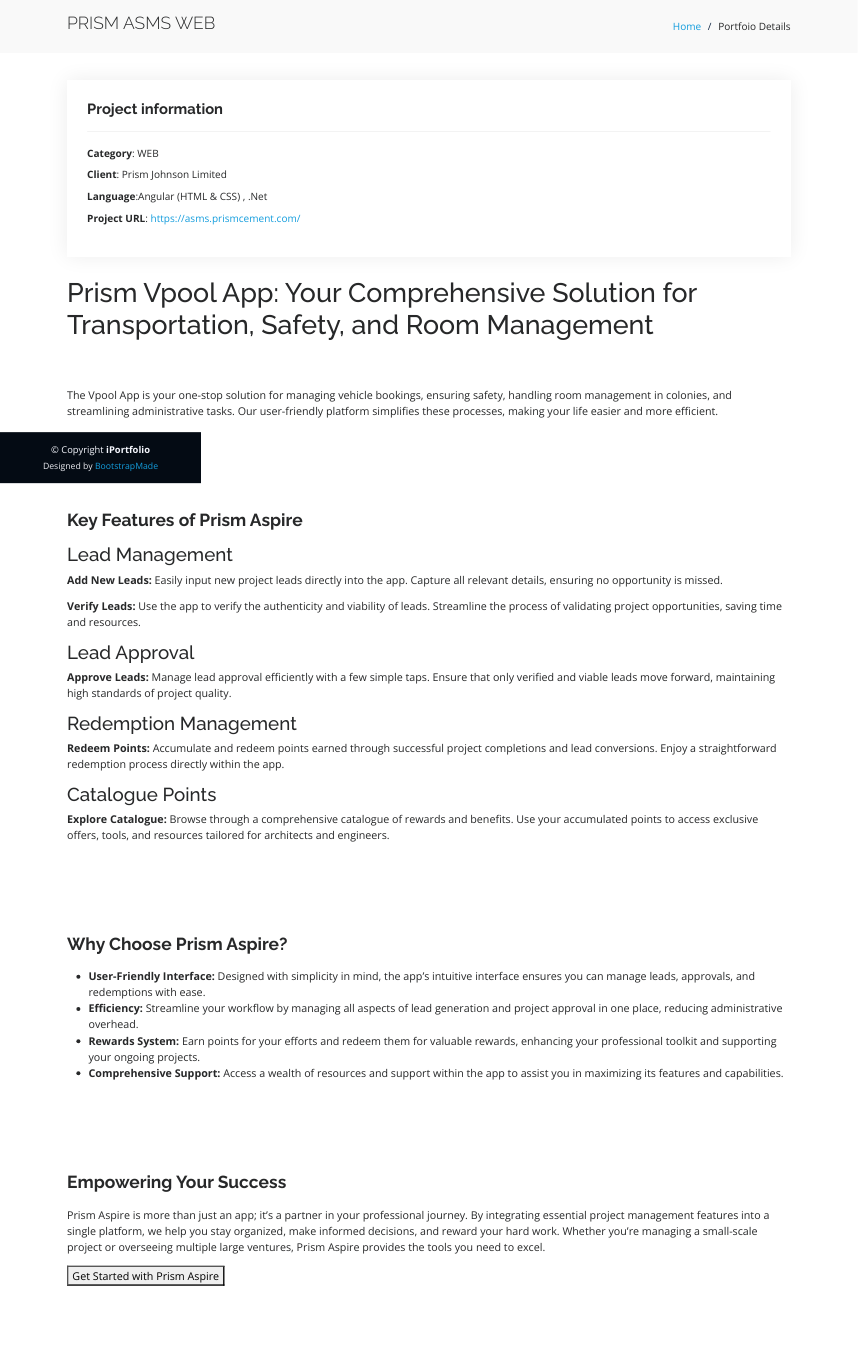
Repository: ajeettiwari-2809/iPortfolio
Page: asms.html
The author's editor kept a copy of each file at every save. The page is drawn from the files as they stood at one save, then again after the next save.
The browser window is 1280 px wide. The pictures show the whole page, at 67% of full size.

Above is the page before, as saved 2024-06-05 14:36:03.

### asms.html
<!DOCTYPE html>
<html lang="en">

<head>
  <meta charset="utf-8">
  <meta content="width=device-width, initial-scale=1.0" name="viewport">

  <title>Prism ASMS APP </title>


  <!-- Favicons -->

  <!-- Google Fonts -->
  <link href="https://fonts.googleapis.com/css?family=Open+Sans:300,300i,400,400i,600,600i,700,700i|Raleway:300,300i,400,400i,500,500i,600,600i,700,700i|Poppins:300,300i,400,400i,500,500i,600,600i,700,700i" rel="stylesheet">

  <!-- Vendor CSS Files -->
  <link href="assets/vendor/aos/aos.css" rel="stylesheet">
  <link href="assets/vendor/bootstrap/css/bootstrap.min.css" rel="stylesheet">
  <link href="assets/vendor/bootstrap-icons/bootstrap-icons.css" rel="stylesheet">
  <link href="assets/vendor/boxicons/css/boxicons.min.css" rel="stylesheet">
  <link href="assets/vendor/glightbox/css/glightbox.min.css" rel="stylesheet">
  <link href="assets/vendor/swiper/swiper-bundle.min.css" rel="stylesheet">

  <!-- Template Main CSS File -->
  <link href="assets/css/style.css" rel="stylesheet">

  <!-- =======================================================
  * Template Name: iPortfolio
  * Template URL: https://bootstrapmade.com/iportfolio-bootstrap-portfolio-websites-template/
  * Updated: Mar 17 2024 with Bootstrap v5.3.3
  * Author: BootstrapMade.com
  * License: https://bootstrapmade.com/license/
  ======================================================== -->
</head>

<body>

  <!-- ======= Mobile nav toggle button ======= -->
  <!-- <i class="bi bi-list mobile-nav-toggle d-xl-none"></i> -->

  <!-- ======= Header ======= -->



    <!-- ======= Breadcrumbs ======= -->
    <section id="breadcrumbs" class="breadcrumbs">
      <div class="container">

        <div class="d-flex justify-content-between align-items-center">
          <h2>PRISM ASMS WEB</h2>
          <ol>
            <li><a href="index.html">Home</a></li>
            <li>Portfoio Details</li>
          </ol>
        </div>

      </div>
    </section><!-- End Breadcrumbs -->

    <!-- ======= Portfolio Details Section ======= -->
    <!-- <section id="portfolio-details" class="portfolio-details">
      <div class="container">

        <div class="row gy-4">

          <div class="col-lg-8">
            <div class="portfolio-details-slider swiper">
              <div class="swiper-wrapper align-items-center">

                <div class="swiper-slide">
                  <img src="assets/img/portfolio/portfolio-details-1.jpg" alt="">
                </div>

                <div class="swiper-slide">
                  <img src="assets/img/portfolio/portfolio-details-2.jpg" alt="">
                </div>

                <div class="swiper-slide">
                  <img src="assets/img/portfolio/portfolio-details-3.jpg" alt="">
                </div>

              </div>
              <div class="swiper-pagination"></div>
            </div>
          </div>

          <div class="col-lg-4">
            <div class="portfolio-info">
              <h3>Project information</h3>
              <ul>
                <li><strong>Category</strong>: Android </li>
                <li><strong>Client</strong>: Prism Johnson Limited</li>

                <li><strong>Project URL</strong>: <a href="https://play.google.com/store/search?q=prism%20aspire&c=apps&hl=en-IN">https://play.google.com/store/search?q=prism%20aspire&c=apps&hl=en-IN</a></li>
              </ul>
            </div>
            <div class="portfolio-description">
              <header>
                <h1>Prism Aspire App: Empowering Architect and Engineering Excellence</h1>
            </header>

            <section class="intro">
                <p>At Prism Johnson Limited, we understand the unique challenges faced by architects and engineers in managing projects efficiently. That’s why we’ve developed the <strong>Prism Aspire App</strong>, a comprehensive solution designed to enhance your workflow and ensure seamless project management. With a focus on user-friendly functionality, Prism Aspire offers a range of features tailored to meet the specific needs of the architectural and engineering community.</p>
            </section>

            <section class="features">
                <h2>Key Features of Prism Aspire</h2>
                <div class="feature-card">
                    <h3>Lead Management</h3>
                    <p><strong>Add New Leads:</strong> Easily input new project leads directly into the app. Capture all relevant details, ensuring no opportunity is missed.</p>
                    <p><strong>Verify Leads:</strong> Use the app to verify the authenticity and viability of leads. Streamline the process of validating project opportunities, saving time and resources.</p>
                </div>

                <div class="feature-card">
                    <h3>Lead Approval</h3>
                    <p><strong>Approve Leads:</strong> Manage lead approval efficiently with a few simple taps. Ensure that only verified and viable leads move forward, maintaining high standards of project quality.</p>
                </div>

                <div class="feature-card">
                    <h3>Redemption Management</h3>
                    <p><strong>Redeem Points:</strong> Accumulate and redeem points earned through successful project completions and lead conversions. Enjoy a straightforward redemption process directly within the app.</p>
                </div>

                <div class="feature-card">
                    <h3>Catalogue Points</h3>
                    <p><strong>Explore Catalogue:</strong> Browse through a comprehensive catalogue of rewards and benefits. Use your accumulated points to access exclusive offers, tools, and resources tailored for architects and engineers.</p>
                </div>
            </section>

            <section class="benefits">
                <h2>Why Choose Prism Aspire?</h2>
                <ul>
                    <li><strong>User-Friendly Interface:</strong> Designed with simplicity in mind, the app’s intuitive interface ensures you can manage leads, approvals, and redemptions with ease.</li>
                    <li><strong>Efficiency:</strong> Streamline your workflow by managing all aspects of lead generation and project approval in one place, reducing administrative overhead.</li>
                    <li><strong>Rewards System:</strong> Earn points for your efforts and redeem them for valuable rewards, enhancing your professional toolkit and supporting your ongoing projects.</li>
                    <li><strong>Comprehensive Support:</strong> Access a wealth of resources and support within the app to assist you in maximizing its features and capabilities.</li>
                </ul>
            </section>

            <section class="call-to-action">
                <h2>Empowering Your Success</h2>
                <p>Prism Aspire is more than just an app; it’s a partner in your professional journey. By integrating essential project management features into a single platform, we help you stay organized, make informed decisions, and reward your hard work. Whether you’re managing a small-scale project or overseeing multiple large ventures, Prism Aspire provides the tools you need to excel.</p>
                <button class="download-btn">Get Started with Prism Aspire</button>
            </section>

              </p>
            </div>
          </div>

        </div>

      </div>
    </section>End Portfolio Details Section -->

    <section id="portfolio-details" class="portfolio-details">
      <div class="container">


        <div class="portfolio-info">
          <h3>Project information</h3>
          <ul>
            <li><strong>Category</strong>: WEB </li>
            <li><strong>Client</strong>: Prism Johnson Limited</li>
            <li><strong>Language</strong>:Angular  (HTML & CSS) , .Net  </li>
            <li><strong>Project URL</strong>: <a href="https://asms.prismcement.com/">https://asms.prismcement.com/</a></li>
          </ul>
        </div>

        <div class="portfolio-description">
          <header>
            <h1>Prism Vpool App: Your Comprehensive Solution for Transportation, Safety, and Room Management</h1>
          </header>

          <section class="intro">
            <p>The Vpool App is your one-stop solution for managing vehicle bookings, ensuring safety, handling room management in colonies, and streamlining administrative tasks. Our user-friendly platform simplifies these processes, making your life easier and more efficient.</p>
          </section>

          <section class="features">
            <h2>Key Features of Prism Aspire</h2>
            <div class="feature-card">
              <h3>Lead Management</h3>
              <p><strong>Add New Leads:</strong> Easily input new project leads directly into the app. Capture all relevant details, ensuring no opportunity is missed.</p>
              <p><strong>Verify Leads:</strong> Use the app to verify the authenticity and viability of leads. Streamline the process of validating project opportunities, saving time and resources.</p>
            </div>

            <div class="feature-card">
              <h3>Lead Approval</h3>
              <p><strong>Approve Leads:</strong> Manage lead approval efficiently with a few simple taps. Ensure that only verified and viable leads move forward, maintaining high standards of project quality.</p>
            </div>

            <div class="feature-card">
              <h3>Redemption Management</h3>
              <p><strong>Redeem Points:</strong> Accumulate and redeem points earned through successful project completions and lead conversions. Enjoy a straightforward redemption process directly within the app.</p>
            </div>

            <div class="feature-card">
              <h3>Catalogue Points</h3>
              <p><strong>Explore Catalogue:</strong> Browse through a comprehensive catalogue of rewards and benefits. Use your accumulated points to access exclusive offers, tools, and resources tailored for architects and engineers.</p>
            </div>
          </section>

          <section class="benefits">
            <h2>Why Choose Prism Aspire?</h2>
            <ul>
              <li><strong>User-Friendly Interface:</strong> Designed with simplicity in mind, the app’s intuitive interface ensures you can manage leads, approvals, and redemptions with ease.</li>
              <li><strong>Efficiency:</strong> Streamline your workflow by managing all aspects of lead generation and project approval in one place, reducing administrative overhead.</li>
              <li><strong>Rewards System:</strong> Earn points for your efforts and redeem them for valuable rewards, enhancing your professional toolkit and supporting your ongoing projects.</li>
              <li><strong>Comprehensive Support:</strong> Access a wealth of resources and support within the app to assist you in maximizing its features and capabilities.</li>
            </ul>
          </section>

          <section class="call-to-action">
            <h2>Empowering Your Success</h2>
            <p>Prism Aspire is more than just an app; it’s a partner in your professional journey. By integrating essential project management features into a single platform, we help you stay organized, make informed decisions, and reward your hard work. Whether you’re managing a small-scale project or overseeing multiple large ventures, Prism Aspire provides the tools you need to excel.</p>
            <button class="download-btn">Get Started with Prism Aspire</button>
          </section>
        </div>
      </div>
    </section>







  <!-- ======= Footer ======= -->
  <footer id="footer">
    <div class="container">
      <div class="copyright">
        &copy; Copyright <strong><span>iPortfolio</span></strong>
      </div>
      <div class="credits">
        <!-- All the links in the footer should remain intact. -->
        <!-- You can delete the links only if you purchased the pro version. -->
        <!-- Licensing information: https://bootstrapmade.com/license/ -->
        <!-- Purchase the pro version with working PHP/AJAX contact form: https://bootstrapmade.com/iportfolio-bootstrap-portfolio-websites-template/ -->
        Designed by <a href="https://bootstrapmade.com/">BootstrapMade</a>
      </div>
    </div>
  </footer><!-- End  Footer -->

  <a href="#" class="back-to-top d-flex align-items-center justify-content-center"><i class="bi bi-arrow-up-short"></i></a>

  <!-- Vendor JS Files -->
  <script src="assets/vendor/purecounter/purecounter_vanilla.js"></script>
  <script src="assets/vendor/aos/aos.js"></script>
  <script src="assets/vendor/bootstrap/js/bootstrap.bundle.min.js"></script>
  <script src="assets/vendor/glightbox/js/glightbox.min.js"></script>
  <script src="assets/vendor/isotope-layout/isotope.pkgd.min.js"></script>
  <script src="assets/vendor/swiper/swiper-bundle.min.js"></script>
  <script src="assets/vendor/typed.js/typed.umd.js"></script>
  <script src="assets/vendor/waypoints/noframework.waypoints.js"></script>
  <script src="assets/vendor/php-email-form/validate.js"></script>

  <!-- Template Main JS File -->
  <script src="assets/js/main.js"></script>

</body>

</html>

Loaded but not shown: assets/vendor/aos/aos.css (library); assets/vendor/bootstrap/css/bootstrap.min.css (library); assets/vendor/bootstrap-icons/bootstrap-icons.css (library); assets/vendor/boxicons/css/boxicons.min.css (library); assets/vendor/glightbox/css/glightbox.min.css (library); assets/vendor/swiper/swiper-bundle.min.css (library); assets/vendor/purecounter/purecounter_vanilla.js (library); assets/vendor/aos/aos.js (library); assets/vendor/bootstrap/js/bootstrap.bundle.min.js (library); assets/vendor/glightbox/js/glightbox.min.js (library); assets/vendor/isotope-layout/isotope.pkgd.min.js (library); assets/vendor/swiper/swiper-bundle.min.js (library); assets/vendor/typed.js/typed.umd.js (library); assets/vendor/waypoints/noframework.waypoints.js (library); assets/vendor/php-email-form/validate.js (common file); assets/js/main.js (263 lines, source omitted); assets/css/style.css (1106 lines, source omitted)

After the next save:
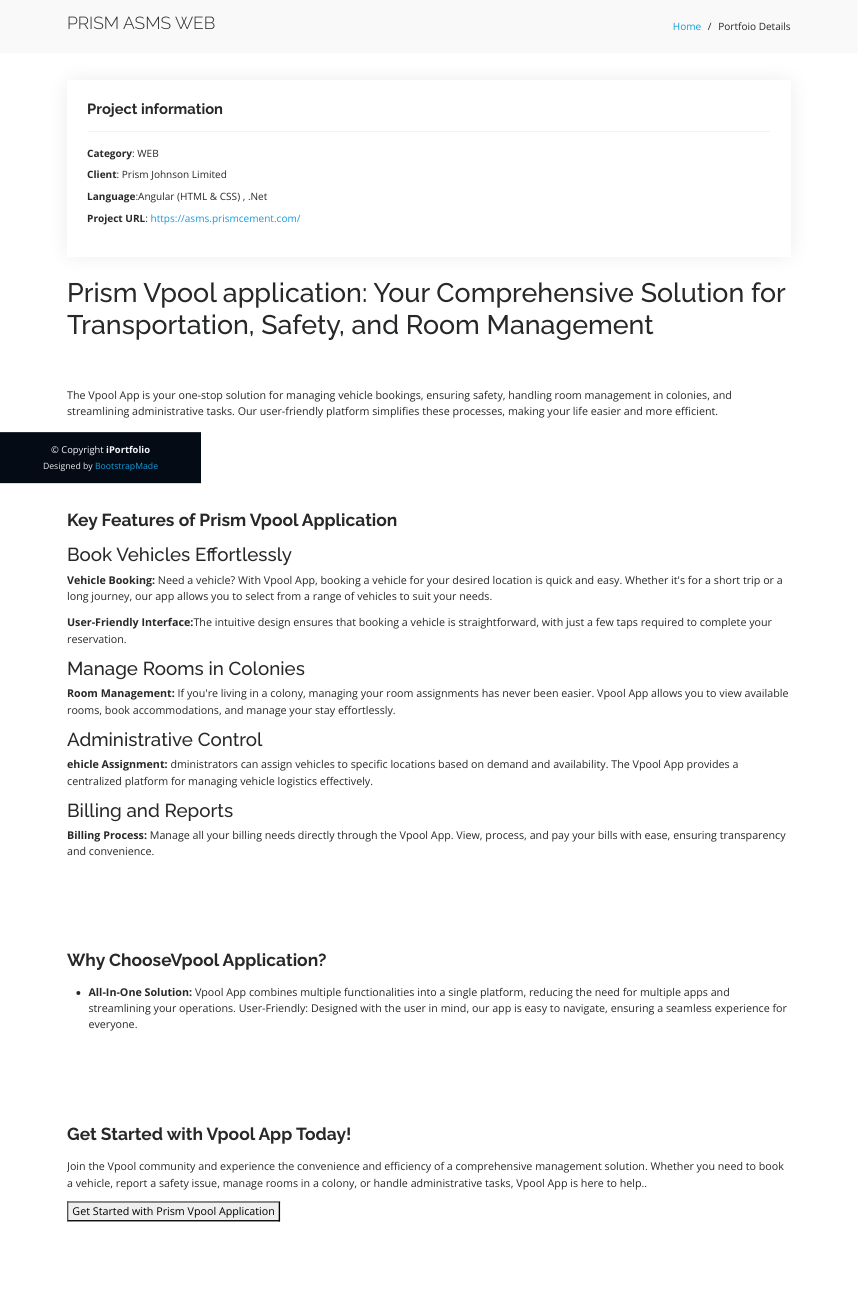
Saved 10 min 43 s later.
--- a/asms.html
+++ b/asms.html
@@ -168,7 +168,7 @@
 
         <div class="portfolio-description">
           <header>
-            <h1>Prism Vpool App: Your Comprehensive Solution for Transportation, Safety, and Room Management</h1>
+            <h1>Prism Vpool application: Your Comprehensive Solution for Transportation, Safety, and Room Management</h1>
           </header>
 
           <section class="intro">
@@ -176,43 +176,42 @@
           </section>
 
           <section class="features">
-            <h2>Key Features of Prism Aspire</h2>
-            <div class="feature-card">
-              <h3>Lead Management</h3>
-              <p><strong>Add New Leads:</strong> Easily input new project leads directly into the app. Capture all relevant details, ensuring no opportunity is missed.</p>
-              <p><strong>Verify Leads:</strong> Use the app to verify the authenticity and viability of leads. Streamline the process of validating project opportunities, saving time and resources.</p>
-            </div>
-
-            <div class="feature-card">
-              <h3>Lead Approval</h3>
-              <p><strong>Approve Leads:</strong> Manage lead approval efficiently with a few simple taps. Ensure that only verified and viable leads move forward, maintaining high standards of project quality.</p>
-            </div>
-
-            <div class="feature-card">
-              <h3>Redemption Management</h3>
-              <p><strong>Redeem Points:</strong> Accumulate and redeem points earned through successful project completions and lead conversions. Enjoy a straightforward redemption process directly within the app.</p>
-            </div>
-
-            <div class="feature-card">
-              <h3>Catalogue Points</h3>
-              <p><strong>Explore Catalogue:</strong> Browse through a comprehensive catalogue of rewards and benefits. Use your accumulated points to access exclusive offers, tools, and resources tailored for architects and engineers.</p>
+            <h2>Key Features of Prism Vpool Application</h2>
+            <div class="feature-card">
+              <h3> Book Vehicles Effortlessly</h3>
+              <p><strong>Vehicle Booking:</strong> Need a vehicle? With Vpool App, booking a vehicle for your desired location is quick and easy. Whether it's for a short trip or a long journey, our app allows you to select from a range of vehicles to suit your needs.</p>
+              <p><strong>User-Friendly Interface:</strong>The intuitive design ensures that booking a vehicle is straightforward, with just a few taps required to complete your reservation.</p>
+            </div>
+
+            <div class="feature-card">
+              <h3>Manage Rooms in Colonies</h3>
+              <p><strong>Room Management:</strong> If you're living in a colony, managing your room assignments has never been easier. Vpool App allows you to view available rooms, book accommodations, and manage your stay effortlessly.</p>
+            </div>
+
+            <div class="feature-card">
+              <h3> Administrative Control</h3>
+              <p><strong>ehicle Assignment:</strong> dministrators can assign vehicles to specific locations based on demand and availability. The Vpool App provides a centralized platform for managing vehicle logistics effectively.</p>
+            </div>
+
+            <div class="feature-card">
+              <h3>Billing and Reports</h3>
+              <p><strong>Billing Process:</strong> Manage all your billing needs directly through the Vpool App. View, process, and pay your bills with ease, ensuring transparency and convenience.</p>
             </div>
           </section>
 
           <section class="benefits">
-            <h2>Why Choose Prism Aspire?</h2>
+            <h2>Why ChooseVpool Application?</h2>
             <ul>
-              <li><strong>User-Friendly Interface:</strong> Designed with simplicity in mind, the app’s intuitive interface ensures you can manage leads, approvals, and redemptions with ease.</li>
-              <li><strong>Efficiency:</strong> Streamline your workflow by managing all aspects of lead generation and project approval in one place, reducing administrative overhead.</li>
-              <li><strong>Rewards System:</strong> Earn points for your efforts and redeem them for valuable rewards, enhancing your professional toolkit and supporting your ongoing projects.</li>
-              <li><strong>Comprehensive Support:</strong> Access a wealth of resources and support within the app to assist you in maximizing its features and capabilities.</li>
+              <li><strong>All-In-One Solution:</strong> Vpool App combines multiple functionalities into a single platform, reducing the need for multiple apps and streamlining your operations.
+                User-Friendly: Designed with the user in mind, our app is easy to navigate, ensuring a seamless experience for everyone.</li>
+
             </ul>
           </section>
 
           <section class="call-to-action">
-            <h2>Empowering Your Success</h2>
-            <p>Prism Aspire is more than just an app; it’s a partner in your professional journey. By integrating essential project management features into a single platform, we help you stay organized, make informed decisions, and reward your hard work. Whether you’re managing a small-scale project or overseeing multiple large ventures, Prism Aspire provides the tools you need to excel.</p>
-            <button class="download-btn">Get Started with Prism Aspire</button>
+            <h2>Get Started with Vpool App Today!</h2>
+            <p>Join the Vpool community and experience the convenience and efficiency of a comprehensive management solution. Whether you need to book a vehicle, report a safety issue, manage rooms in a colony, or handle administrative tasks, Vpool App is here to help..</p>
+            <button class="download-btn">Get Started with Prism Vpool Application</button>
           </section>
         </div>
       </div>
